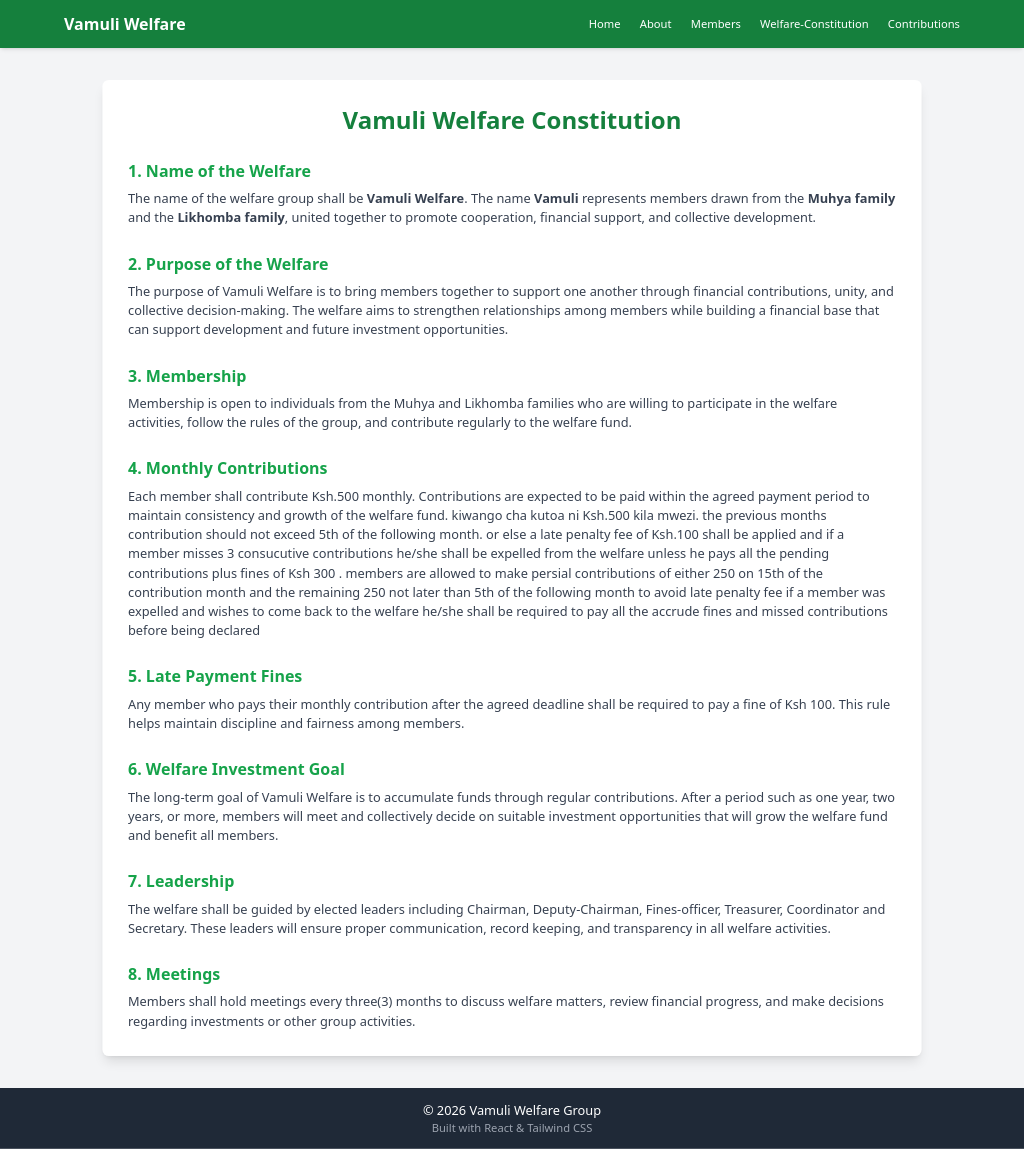
Repository: Engineer-collo/Vamuli-welfare
Page: /constitution
These files come from the project's save history. The page is drawn as it stood at one moment and after the next save; the edit follows.
The browser window is 1280 px wide. The pictures show the whole page, at 80% of full size.
The project was rebuilt for these pictures with package versions that can differ from the ones it lists, and the page was loaded fresh each time. Also part of the build but not shown: vite.config.js, src/pages/contributionsData.js, src/pages/Home.jsx, src/pages/Members.jsx, src/pages/ContributionsTable.jsx, src/pages/About.jsx.

Above is the page before, as saved 2026-03-16 15:36:13.

After the next save:
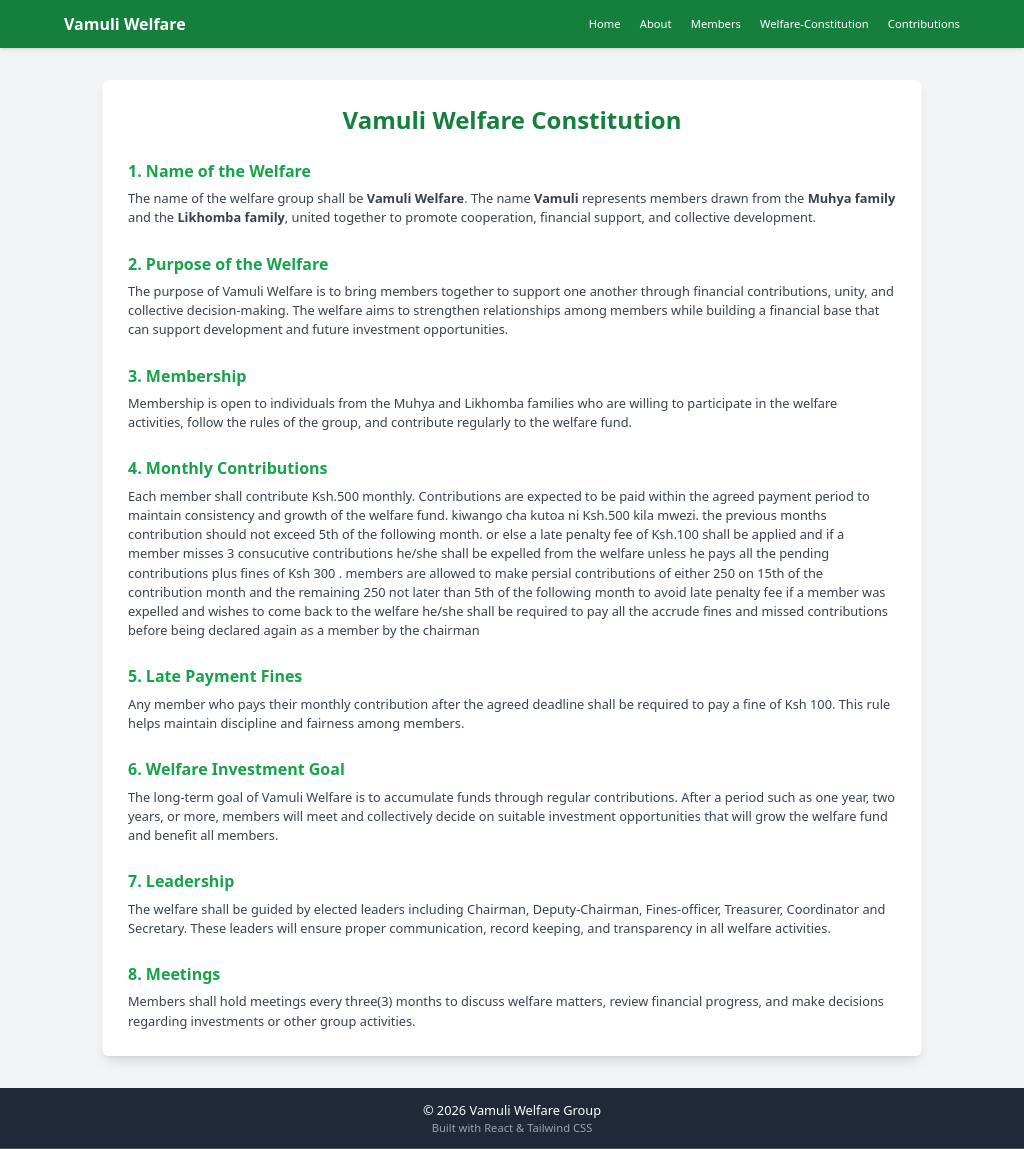
Saved 14 s later.
--- a/src/pages/WelfareConstituion.jsx
+++ b/src/pages/WelfareConstituion.jsx
@@ -70,7 +70,7 @@ function Constitution() {
           kiwango cha kutoa ni Ksh.500 kila mwezi. the previous months contribution should not exceed 5th of the following month. or else a late penalty fee
            of Ksh.100 shall be applied and if a member misses 3 consucutive contributions he/she shall be expelled from the welfare unless he pays all the pending contributions plus fines of Ksh 300 .
            members are allowed to make persial contributions of either 250 on 15th of the contribution month and the remaining 250 not later than 5th of the following month to avoid late penalty fee
-           if a member was expelled and wishes to come back to the welfare he/she shall be required to pay all the accrude fines and missed contributions before being declared
+           if a member was expelled and wishes to come back to the welfare he/she shall be required to pay all the accrude fines and missed contributions before being declared again as a member by the chairman
         </p>
       </section>
 
